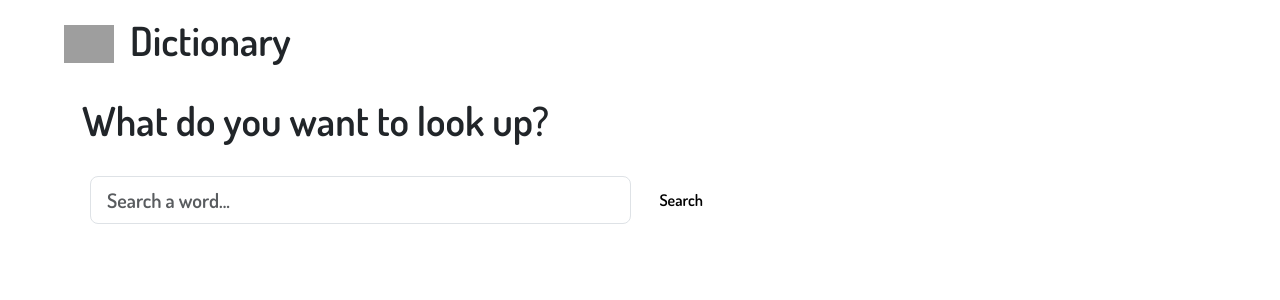
Repository: moehaymanmyint/react-dictionary-app
Page: /
The author's editor kept a copy of each file at every save. The page is drawn from the files as they stood at one save, then again after the next save.
The browser window is 1280 px wide. The pictures show the whole page.
The pointer rests on the first visible `.Search .btn`.
Pictures or frames that could not be fetched are drawn as grey boxes. The project was rebuilt for these pictures with package versions that can differ from the ones it lists, and the page was loaded fresh each time. Also part of the build but not shown: src/Synonyms.js, src/Meaning.js, src/Phonetics.js, src/Results.js.

Above is the page before, as saved 2024-09-06 11:56:59.

After the next save:
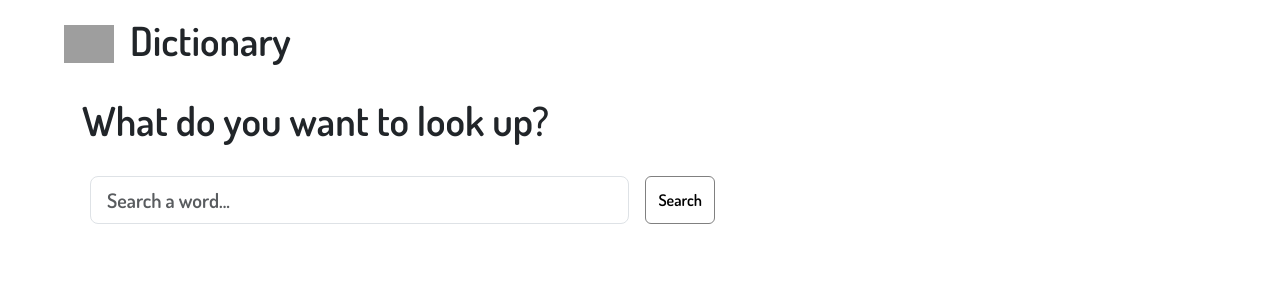
Saved 29 s later.
--- a/src/Dictionary.css
+++ b/src/Dictionary.css
@@ -25,5 +25,5 @@
 .Search .btn:hover{
     background: white;
     color: black;
-    border: 1px solid linear-gradient(177.9deg, rgb(58, 62, 88) 3.6%, rgb(119, 127, 148) 105.8%);
+    border: 1px solid gray;
 }

After the save that followed:
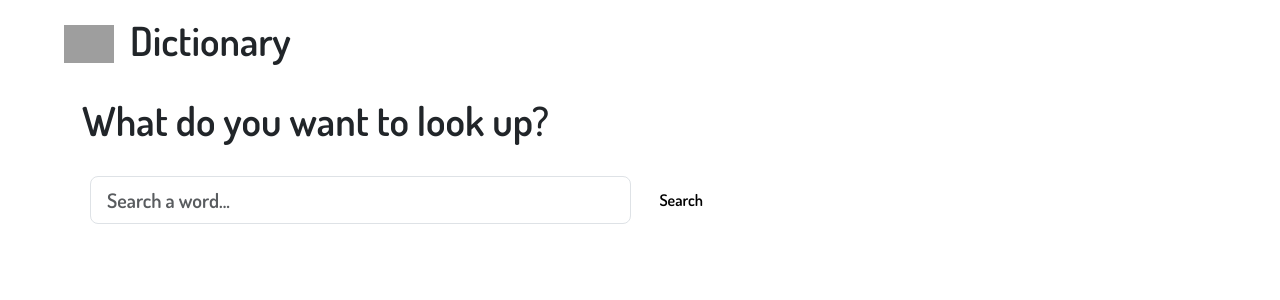
Saved 23 s later.
--- a/src/Dictionary.css
+++ b/src/Dictionary.css
@@ -25,5 +25,5 @@
 .Search .btn:hover{
     background: white;
     color: black;
-    border: 1px solid gray;
+    opacity: 0.2s;
 }
